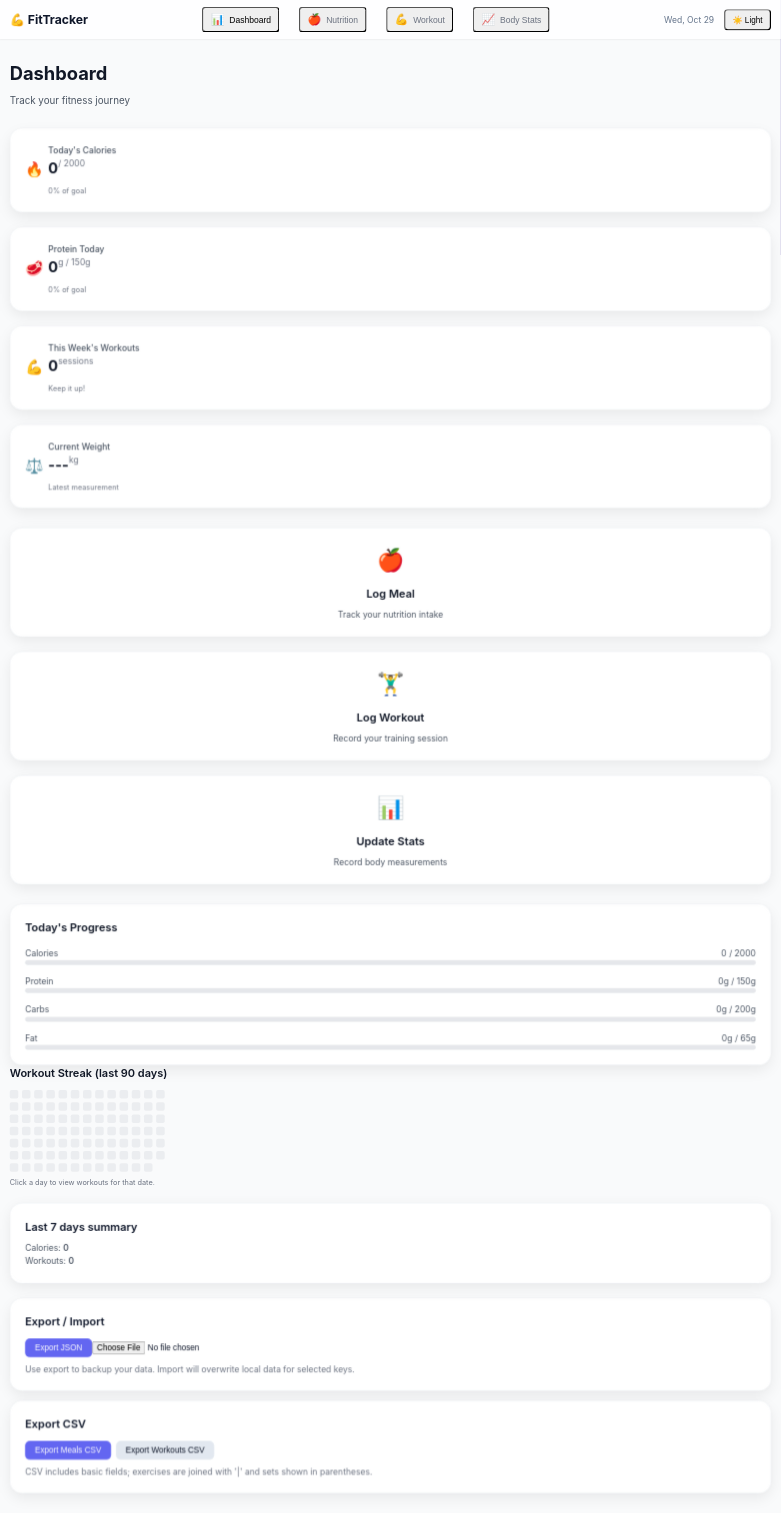
Repository: Apoorv888/Fitness-App
Page: /
The author's editor kept a copy of each file at every save. The page is drawn from the files as they stood at one save, then again after the next save.
The browser window is 1280 px wide. The pictures show the whole page, at 61% of full size.
Backgrounds fixed to the window are drawn as part of the page. The project was rebuilt for these pictures with package versions that can differ from the ones it lists, and the page was loaded fresh each time. Also part of the build but not shown: vite.config.ts, src/components/MealForm.tsx, src/components/MealList.tsx, src/components/GoalsForm.tsx, src/components/NutritionCharts.tsx, src/pages/Nutrition.tsx, src/components/WorkoutForm.tsx, src/components/WorkoutList.tsx and 9 more.

Above is the page before, as saved 2025-10-31 19:54:04.

After the next save:
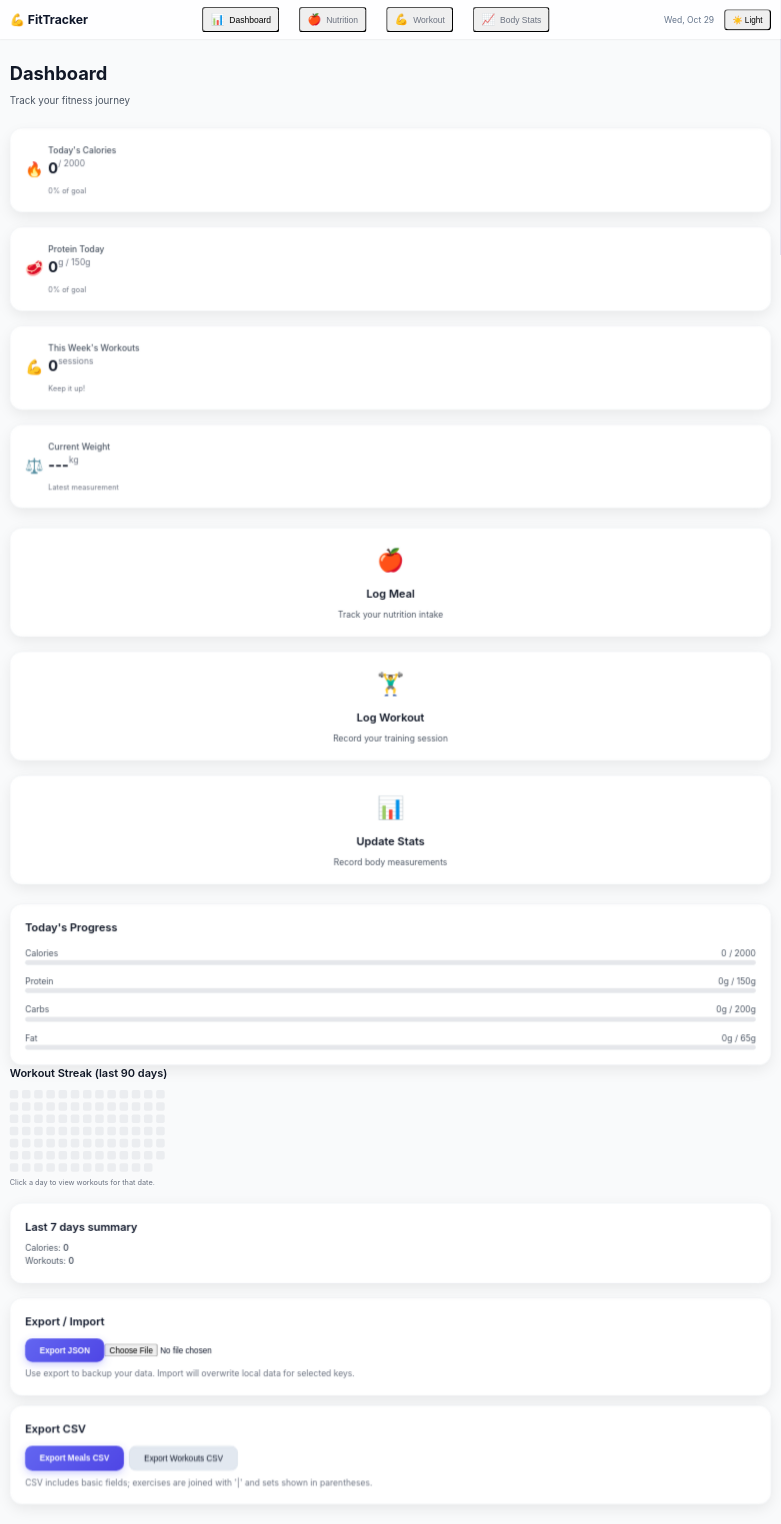
Saved 16 s later.
--- a/src/index.css
+++ b/src/index.css
@@ -120,33 +120,62 @@ body {
 }
 
 .btn-primary {
-  background-color: var(--primary);
+  background: linear-gradient(135deg, var(--primary) 0%, var(--primary-600) 100%);
   color: white;
-  font-weight: 500;
-  padding: 8px 16px;
-  border-radius: 8px;
+  font-weight: 600;
+  padding: 12px 24px;
+  border-radius: 12px;
   border: none;
   cursor: pointer;
-  transition: background-color 0.2s;
+  transition: all 0.3s cubic-bezier(0.4, 0, 0.2, 1);
+  box-shadow: 0 4px 12px var(--primary-glow);
+  position: relative;
+  overflow: hidden;
+}
+
+.btn-primary::before {
+  content: '';
+  position: absolute;
+  top: 50%;
+  left: 50%;
+  width: 0;
+  height: 0;
+  border-radius: 50%;
+  background: rgba(255, 255, 255, 0.2);
+  transform: translate(-50%, -50%);
+  transition: width 0.6s, height 0.6s;
+}
+
+.btn-primary:hover::before {
+  width: 300px;
+  height: 300px;
 }
 
 .btn-primary:hover {
-  background-color: var(--primary-600);
+  transform: translateY(-2px);
+  box-shadow: 0 8px 24px var(--primary-glow);
+}
+
+.btn-primary:active {
+  transform: translateY(0);
 }
 
 .btn-secondary {
-  background-color: var(--btn-secondary);
+  background: var(--btn-secondary);
+  backdrop-filter: var(--backdrop-blur);
   color: var(--text);
   font-weight: 500;
-  padding: 8px 16px;
-  border-radius: 8px;
-  border: none;
+  padding: 12px 24px;
+  border-radius: 12px;
+  border: 1px solid var(--card-border);
   cursor: pointer;
-  transition: background-color 0.2s;
+  transition: all 0.3s cubic-bezier(0.4, 0, 0.2, 1);
 }
 
 .btn-secondary:hover {
-  filter: brightness(0.95);
+  transform: translateY(-2px);
+  box-shadow: var(--shadow-md);
+  border-color: var(--primary);
 }
 
 .input-field {
